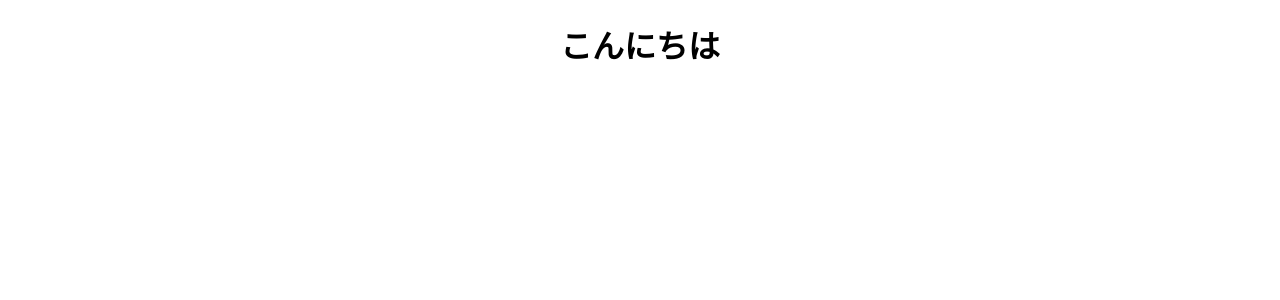
Repository: picalin/samurai_typing-game
Page: JavaScript_tutorial/WordAnimation.html
The author's editor kept a record of every edit. The page is drawn from the files as they stood at one moment, then again after the next edit.
The browser window is 1280 px wide. The pictures show the whole page.

Above is the page before.

### JavaScript_tutorial/WordAnimation.html
<!DOCTYPE html>
<html lang="ja">
  <head>
    <meta charset="utf-8">
    <title>JavaScriptの練習</title>
    <style>
      body {
        text-align: center;
      }
    </style>
  </head>
    <body>
      <h1 id="text">こんにちは</h1>
      <script>

      </script>
    </body>
</html>

After the next edit:
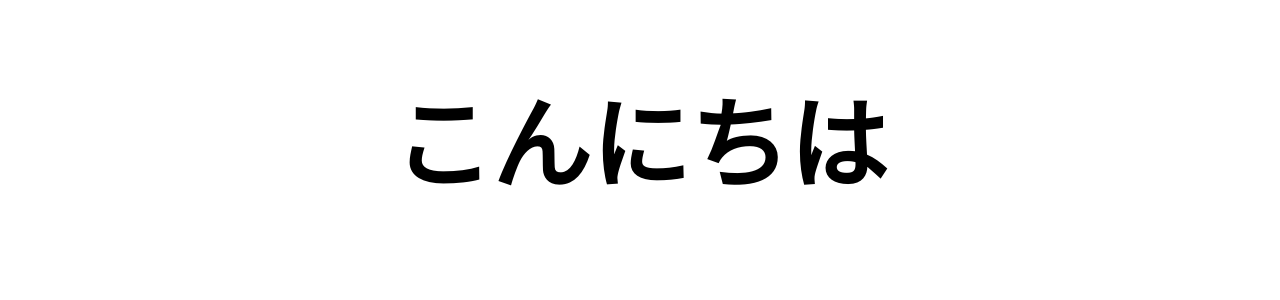
The edit:
--- a/JavaScript_tutorial/WordAnimation.html
+++ b/JavaScript_tutorial/WordAnimation.html
@@ -12,7 +12,15 @@
     <body>
       <h1 id="text">こんにちは</h1>
       <script>
+        const h1 = document.getElementById("text");
+        let count = 0;
 
+        const timer = setInterval(() => {
+          h1.style.fontSize = count + 'px';
+          count++;
+
+          if (count >= 100) clearInterval(timer);
+        }, 10);
       </script>
     </body>
 </html>
